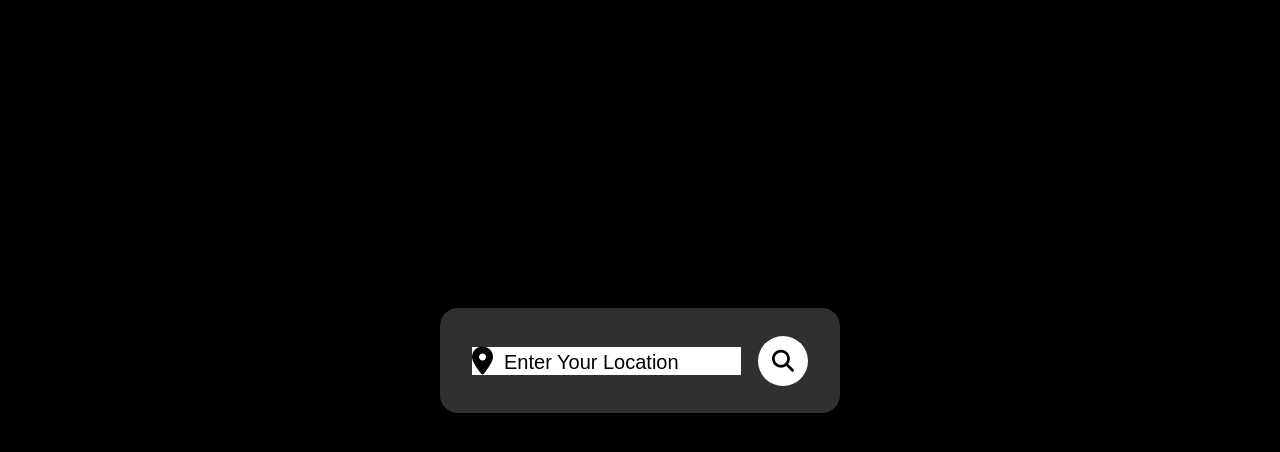
Repository: Pr1s0n3r627/weather
Page: index.html
The author's editor kept a copy of each file at every save. The page is drawn from the files as they stood at one save, then again after a run of saves.
The browser window is 1280 px wide. The pictures show the whole page.
Some web libraries are served in a nearby version.

Above is the page before, as saved 2024-05-19 00:15:32.

### index.html
<!DOCTYPE html>
<html lang="en">

<head>
    <meta charset="UTF-8">
    <meta http-equiv="X-UA-Compatible" content="IE=edge">
    <meta name="viewport" content="width=device-width, initial-scale=1.0">
    <link
        href="https://fonts.googleapis.com/css2?family=Poppins:wght@300;400;500;600;700;800;900&family=Roboto:wght@300;400;500;700;900&display=swap"
        rel="stylesheet">
    <link rel="stylesheet" href="style.css">
    <title>Day #10 - Weather App | AsmrProg</title>
</head>

<body>

    <div class="container">
        <div class="search-box">
            <i class="fa-solid fa-location-dot"></i>
            <input type="text" placeholder="Enter your location">
            <button class="fa-solid fa-magnifying-glass"></button>
        </div>

        <div class="not-found">
            <img src="not-found.png">
            <p>Oops! Invalid location :/</p>
        </div>

        <div class="weather-box">
            <img src="">
            <p class="temperature"></p>
            <p class="description"></p>
        </div>

        <div class="weather-details">
            <div class="humidity">
                <i class="fa-solid fa-water"></i>
                <div class="text">
                    <span></span>
                    <p>Humidity</p>
                </div>
            </div>
            <div class="wind">
                <i class="fa-solid fa-wind"></i>
                <div class="text">
                    <span></span>
                    <p>Wind Speed</p>
                </div>
            </div>
        </div>

    </div>

    <script src="https://kit.fontawesome.com/7c8801c017.js" crossorigin="anonymous"></script>
    <script src="index.js"></script>
</body>

</html>

### style.css
*{
    margin: 0;
    padding: 0;
    border: 0;
    outline: none;
    box-sizing: border-box;
}

body{
    height: 100vh;
    display: flex;
    align-items: center;
    justify-content: center;
    background: #000000;
}

.container{
    position: relative;
    width: 400px;
    height: 105px;
    background: #303030;
    padding: 28px 32px;
    overflow: hidden;
    border-radius: 18px;
    font-family: 'Roboto', sans-serif;
    transition: 0.6s ease-out;
}

.search-box{
    width: 100%;
    height: min-content;
    display: flex;
    align-items: center;
    justify-content: space-between;
}

.search-box input{
    color: #000000;
    width: 80%;
    font-size: 24px;
    font-weight: 500;
    text-transform: uppercase;
    padding-left: 32px;
}

.search-box input::placeholder{
    font-size: 20px;
    font-weight: 500;
    color: #000000;
    text-transform: capitalize;
}

.search-box button{
    cursor: pointer;
    width: 50px;
    height: 50px;
    color: #000000;
    background: #ffffff;
    border-radius: 50%;
    font-size: 22px;
    transition: 0.4s ease;
}

.search-box button:hover{
    color: #ffffff;
    background: #000000;
}

.search-box i{
    position: absolute;
    color: #000000;
    font-size: 28px;
}

.weather-box{
    text-align: center;
}

.weather-box img{
    width: 60%;
    margin-top: 30px;
}

.weather-box .temperature{
    position: relative;
    color: #000000;
    font-size: 4rem;
    font-weight: 800;
    margin-top: 30px;
    margin-left: -16px;
}

.weather-box .temperature span{
    position: absolute;
    margin-left: 4px;
    font-size: 1.5rem;
}

.weather-box .description{
    color: #000000;
    font-size: 22px;
    font-weight: 500;
    text-transform: capitalize;
}

.weather-details{
    width: 100%;
    display: flex;
    justify-content: space-between;
    margin-top: 30px;
}

.weather-details .humidity, .weather-details .wind{
    display: flex;
    align-items: center;
    width: 50%;
    height: 100px;
}

.weather-details .humidity{
    padding-left: 20px;
    justify-content: flex-start;
}

.weather-details .wind{
    padding-right: 20px;
    justify-content: flex-end;
}

.weather-details i{
    color: #000000;
    font-size: 26px;
    margin-right: 10px;
    margin-top: 6px;
}

.weather-details span{
    color: #000000;
    font-size: 22px;
    font-weight: 500;
}

.weather-details p{
    color: #000000;
    font-size: 14px;
    font-weight: 500;
}

.not-found{
    width: 100%;
    text-align: center;
    margin-top: 50px;
    scale: 0;
    opacity: 0;
    display: none;
}

.not-found img{
    width: 70%;
}

.not-found p{
    color: #000000;
    font-size: 22px;
    font-weight: 500;
    margin-top: 12px;
}

.weather-box, .weather-details{
    scale: 0;
    opacity: 0;
}

.fadeIn{
    animation: 0.1s fadeIn forwards;
    animation-delay: 0.1s;
}

@keyframes fadeIn{
    to {
        scale: 1;
        opacity: 1;
    }
}

### index.js
const container = document.querySelector('.container');
const search = document.querySelector('.search-box button');
const weatherBox = document.querySelector('.weather-box');
const weatherDetails = document.querySelector('.weather-details');
const error404 = document.querySelector('.not-found');

search.addEventListener('click', () => {

    const APIKey = '31178648be1d7e33f1973f3df9c4405a';
    const city = document.querySelector('.search-box input').value;

    if (city === '')
        return;

    fetch(`https://api.openweathermap.org/data/2.5/weather?q=${city}&units=metric&appid=${APIKey}`)
        .then(response => response.json())
        .then(json => {

            if (json.cod === '404') {
                container.style.height = '500px';
                weatherBox.style.display = 'none';
                weatherDetails.style.display = 'none';
                error404.style.display = 'block';
                error404.classList.add('fadeIn');
                return;
            }

            error404.style.display = 'none';
            error404.classList.remove('fadeIn');

            const image = document.querySelector('.weather-box img');
            const temperature = document.querySelector('.weather-box .temperature');
            const description = document.querySelector('.weather-box .description');
            const humidity = document.querySelector('.weather-details .humidity span');
            const wind = document.querySelector('.weather-details .wind span');

            switch (json.weather[0].main) {
                case 'Clear':
                    image.src = 'images/clear.png';
                    break;

                case 'Rain':
                    image.src = 'images/rain.png';
                    break;

                case 'Snow':
                    image.src = 'images/snow.png';
                    break;

                case 'Clouds':
                    image.src = 'images/cloud.png';
                    break;

                case 'Haze':
                    image.src = 'images/mist.png';
                    break;

                default:
                    image.src = '';
            }

            temperature.innerHTML = `${parseInt(json.main.temp)}<span>°C</span>`;
            description.innerHTML = `${json.weather[0].description}`;
            humidity.innerHTML = `${json.main.humidity}%`;
            wind.innerHTML = `${parseInt(json.wind.speed)}Km/h`;

            weatherBox.style.display = '';
            weatherDetails.style.display = '';
            weatherBox.classList.add('fadeIn');
            weatherDetails.classList.add('fadeIn');
            container.style.height = '590px';


        });


});

After the next 2 saves:
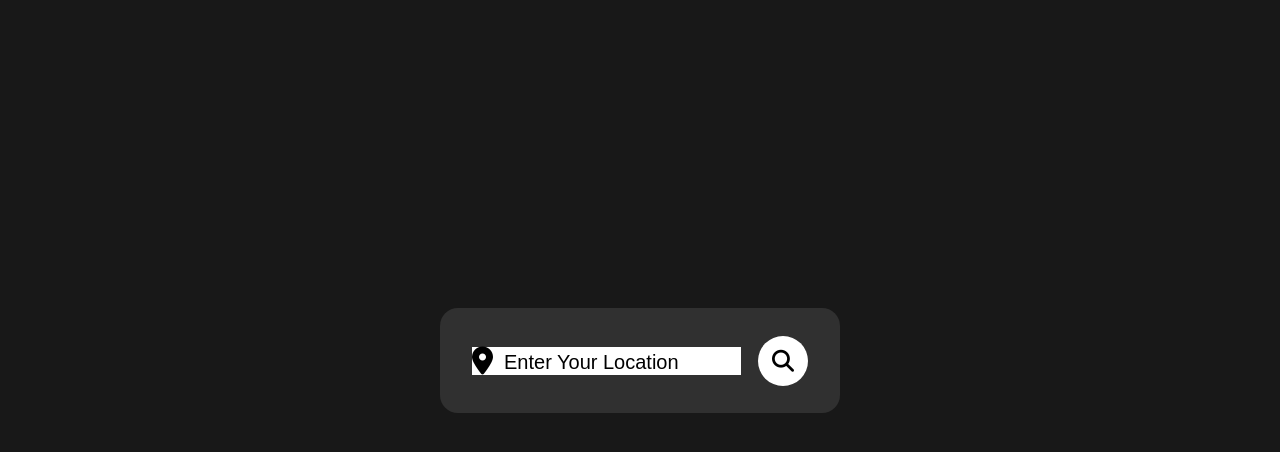
The 2 saves are shown as one change because they came seconds apart.
The last was saved 8 s later.
--- a/style.css
+++ b/style.css
@@ -11,7 +11,7 @@ body{
     display: flex;
     align-items: center;
     justify-content: center;
-    background: #000000;
+    background: #181818;
 }
 
 .container{
